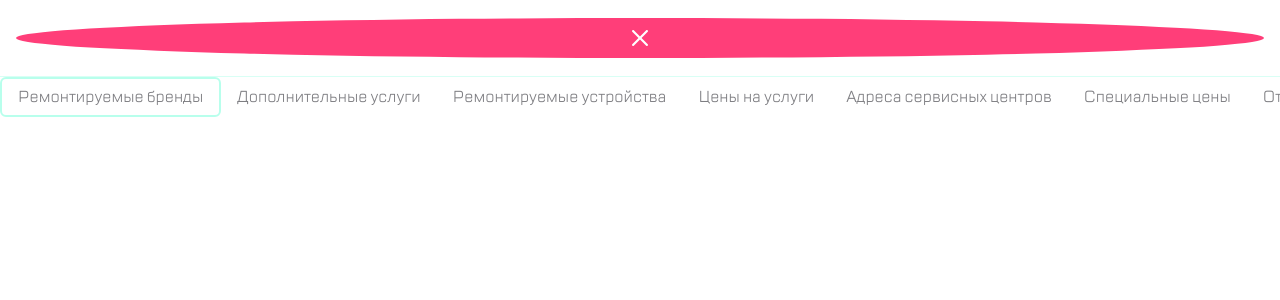
Repository: Dedoxa/Kata-WebCore-
Page: aside.html
These files come from the project's save history. The page is drawn as it stood at one moment and after the next save; the edit follows.
The browser window is 1280 px wide. The pictures show the whole page.

Above is the page before, as saved 2024-05-10 17:27:20.

### aside.html
<!DOCTYPE html>
<html lang="en">
  <head>
    <meta charset="UTF-8" />
    <meta name="viewport" content="width=device-width, initial-scale=1.0" />
    <link rel="stylesheet" href="./aside.css" />
    <title>Kata WebCore 1.4</title>
  </head>
  <body>
    <aside>
      <div class="upper-menu">
        <a href="#" class="icon icon--header">
          <svg
            width="18"
            height="18"
            viewBox="0 0 18 18"
            fill="none"
            xmlns="http://www.w3.org/2000/svg"
          >
            <path
              fill-rule="evenodd"
              clip-rule="evenodd"
              d="M2.79348 1.25712C2.40295 0.866593 1.76979 0.866592 1.37927 1.25712L1.25712 1.37927C0.866592 1.76979 0.866593 2.40296 1.25712 2.79348L7.46364 9L1.25712 15.2065C0.866593 15.597 0.866592 16.2302 1.25712 16.6207L1.37927 16.7429C1.76979 17.1334 2.40295 17.1334 2.79348 16.7429L9 10.5364L15.2065 16.7429C15.597 17.1334 16.2302 17.1334 16.6207 16.7429L16.7429 16.6207C17.1334 16.2302 17.1334 15.597 16.7429 15.2065L10.5364 9L16.7429 2.79348C17.1334 2.40296 17.1334 1.76979 16.7429 1.37927L16.6207 1.25712C16.2302 0.866592 15.597 0.866593 15.2065 1.25712L9 7.46364L2.79348 1.25712Z"
              fill="white"
            />
          </svg>
        </a>
      </div>
      <div class="bookmark-menu">
        <button
          href="#"
          class="bookmark-menu__bookmark bookmark-menu__bookmark--focus"
        >
          Ремонтируемые бренды
        </button>
        <button href="#" class="bookmark-menu__bookmark">
          Дополнительные услуги
        </button>
        <button href="#" class="bookmark-menu__bookmark">
          Ремонтируемые устройства
        </button>
        <button href="#" class="bookmark-menu__bookmark">Цены на услуги</button>
        <button href="#" class="bookmark-menu__bookmark">
          Адреса сервисных центров
        </button>
        <button href="#" class="bookmark-menu__bookmark">
          Специальные цены
        </button>
        <button href="#" class="bookmark-menu__bookmark">Отзывы</button>
      </div>
      <div class="aside-footer"></div>
    </aside>
  </body>
</html>

### aside.css
/* Добавление шрифта */
@font-face {
    font-family: "TT Lakes Regular";
    src: url(fonts/TTLakes/Regular/TTLakes-Regular.eot);
    src: url(fonts/TTLakes/Regular/TTLakes-Regular.eot?#iefix)
        format("embedded-opentype"),
      url(fonts/TTLakes/Regular/TTLakes-Regular.woff) format("woff"),
      url(fonts/TTLakes/Regular/TTLakes-Regular.ttf) format("truetype");
    font-weight: normal;
    font-style: normal;
  }

  @font-face {
    font-family: "TT Lakes Bold";
    src: url(fonts/TTLakes/Bold/TTLakes-Bold.eot);
    src: url(fonts/TTLakes/Bold/TTLakes-Bold.eot?#iefix)
        format("embedded-opentype"),
      url(fonts/TTLakes/Bold/TTLakes-Bold.woff) format("woff"),
      url(fonts/TTLakes/Bold/TTLakes-Bold.ttf) format("truetype");
    font-weight: normal;
    font-style: normal;
  }

  @font-face {
    font-family: "TT Lakes Medium";
    src: url(fonts/TTLakes/Medium/TTLakes-Medium.eot);
    src: url(fonts/TTLakes/Medium/TTLakes-Medium.eot?#iefix)
        format("embedded-opentype"),
      url(fonts/TTLakes/Medium/TTLakes-Medium.woff) format("woff"),
      url(fonts/TTLakes/Medium/TTLakes-Medium.ttf) format("truetype");
    font-weight: normal;
    font-style: normal;
  }

  html {
    box-sizing: border-box;
    font-family: "TT Lakes Regular", Times, serif;
  }

  *,
  *:before,
  *:after {
    box-sizing: inherit;
  }

  body,
  html,
  h1,
  h2,
  p {
    margin: 0;
    padding: 0;
  }

  button {
    border: none;
    background-color: transparent;
  }

  svg {
    position: absolute;
    top: 50%;
    left: 50%;
    transform: translate(-50%, -50%);
  }

  .upper-menu {
    display: flex;
    justify-content: space-between;
    background-color: #ffffff;
    border-bottom: 1px solid #d9fff5;
    width: auto;
    padding-top: 18px;
    padding-bottom: 18px;
    padding-right: 16px;
    padding-left: 16px;
  }

  .upper-menu__left,
  .upper-menu__right {
    display: flex;
    flex: 0 1 auto;
  }

  .icon {
    flex: 1 1 auto;
    position: relative;
    width: 40px;
    height: 40px;
    background-color: #ff3e79;
    border-radius: 50%;
  }

  .upper-menu__left > .icon--header:last-child {
    width: 98px;
    height: 52px;
    background-color: transparent;
  }

  .upper-menu__left > .icon--header:first-child,
  .upper-menu__right > .icon--header {
    margin-top: 6px;
    margin-bottom: 6px;
  }

  .icon--title,
  .title__icon-text {
    display: none;
  }

  .upper-menu__left > .icon--header:nth-child(2)::before,
  .upper-menu__right > .icon--header:nth-child(4)::before {
    content: "";
    position: absolute;
    top: 4px;
    left: -20px;
    display: block;
    border-radius: 5px;
    width: 2px;
    height: 32px;
    background-color: #eaeaea;
  }

  .upper-menu__left > .icon--header:nth-child(2)::before {
    top: 10px;
  }

  .main {
    background-color: #f8f8f8;
    position: relative;
    width: auto;
  }

  .description__text {
    font-size: 14px;
    color: #1b1c21;
    overflow: hidden;
    font-weight: 500;
  }

  .title {
    display: flex;
  }

  .title__heading {
    font-family: "TT Lakes Bold";
    font-size: 28px;
    color: #1b1c21;
  }

  .title__heading:before {
    content: "";
    display: block;
    position: absolute;
    left: -4px;
    width: 8px;
    height: 40px;
    border-radius: 10px;
    background-color: #41f6d7;
  }

  .bookmark-menu {
    display: flex;
    overflow: scroll;
  }

  .bookmark-menu__bookmark {
    font-family: "TT Lakes Regular", Times, serif;
    vertical-align: middle;
    padding-left: 1em;
    padding-right: 1em;
    height: 40px;
    border-radius: 6px;
    font-size: 16px;
    color: #7e7e82;
    white-space: nowrap;
    border: none;
    background-color: transparent;
  }

  .bookmark-menu__bookmark--focus {
    background-color: #ffffff;
    border: 2px solid #b8ffec;
  }

  .bookmark-menu__right-fade-effect {
    position: absolute;
    right: 0px;
    width: 24px;
    height: 40px;
    background: linear-gradient(
      to right,
      rgba(248, 248, 248, 0),
      rgba(248, 248, 248, 1)
    );
  }

  .description__toggler-text {
    font-family: "TT Lakes Medium";
    display: flex;
    line-height: 24px;
  }

  .description__toggler-text:before {
    content: url("ic/expand.svg");
  }

After the next save:
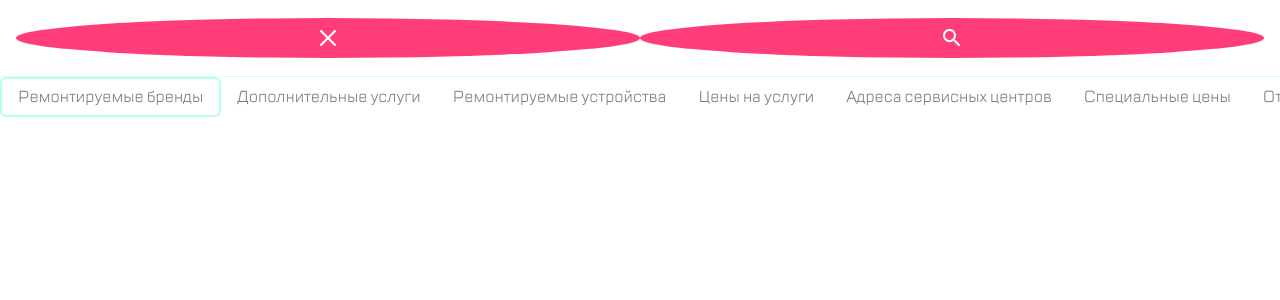
Saved 90 s later.
--- a/aside.html
+++ b/aside.html
@@ -9,7 +9,7 @@
   <body>
     <aside>
       <div class="upper-menu">
-        <a href="#" class="icon icon--header">
+        <a href="#" class="icon">
           <svg
             width="18"
             height="18"
@@ -24,6 +24,11 @@
               fill="white"
             />
           </svg>
+        </a>
+        <a href="#" class="icon">
+            <svg width="18" height="18" viewBox="0 0 18 18" fill="none" xmlns="http://www.w3.org/2000/svg">
+                <path fill-rule="evenodd" clip-rule="evenodd" d="M12.5006 11.0006H11.7106L11.4306 10.7306C12.6306 9.33063 13.2506 7.42063 12.9106 5.39063C12.4406 2.61063 10.1206 0.390626 7.32063 0.0506256C3.09063 -0.469374 -0.469374 3.09063 0.0506256 7.32063C0.390626 10.1206 2.61063 12.4406 5.39063 12.9106C7.42063 13.2506 9.33063 12.6306 10.7306 11.4306L11.0006 11.7106V12.5006L15.2606 16.7506C15.6706 17.1606 16.3306 17.1606 16.7406 16.7506L16.7506 16.7406C17.1606 16.3306 17.1606 15.6706 16.7506 15.2606L12.5006 11.0006ZM6.50063 11.0006C4.01063 11.0006 2.00063 8.99063 2.00063 6.50063C2.00063 4.01063 4.01063 2.00063 6.50063 2.00063C8.99063 2.00063 11.0006 4.01063 11.0006 6.50063C11.0006 8.99063 8.99063 11.0006 6.50063 11.0006Z" fill="white"/>
+                </svg>
         </a>
       </div>
       <div class="bookmark-menu">
